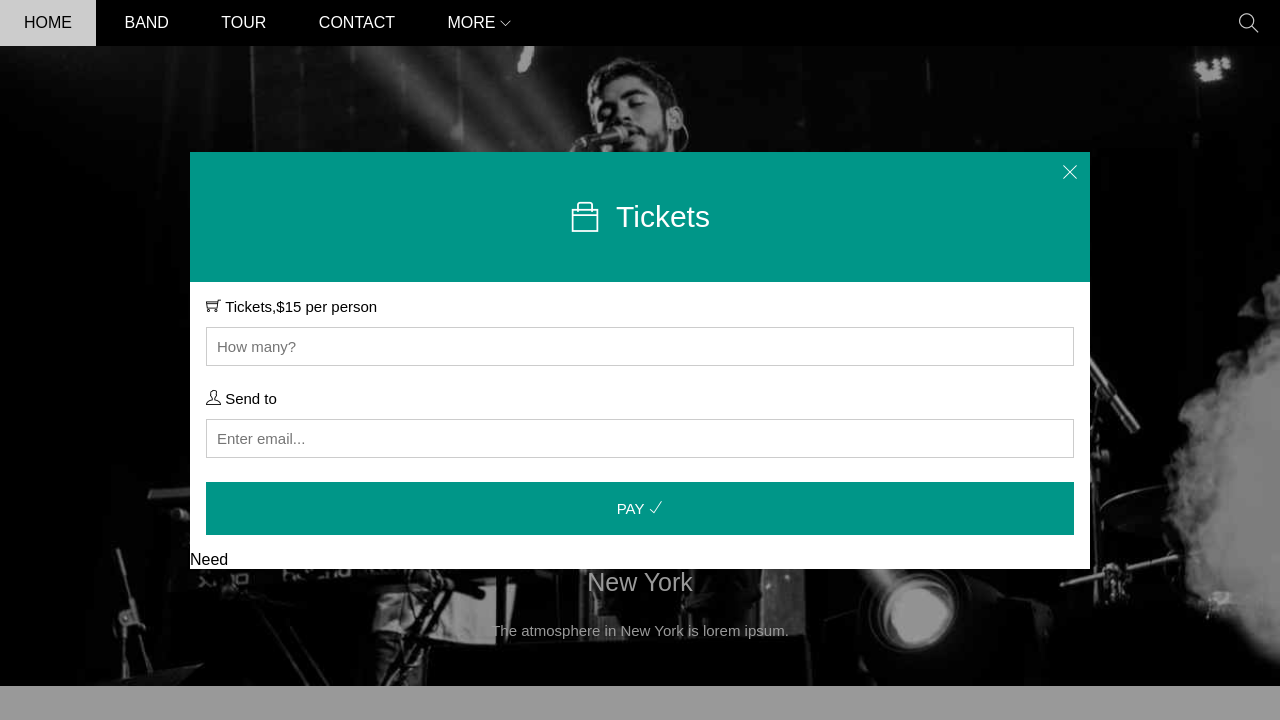
Repository: BrandonTuan777/The_Band
Page: index.html
The author's editor kept a copy of each file at every save. The page is drawn from the files as they stood at one save, then again after the next save.
The browser window is 1280 px wide. The pictures show the window.
The pointer rests on the first visible `#buy-tickets`.
A layer covers the whole window, so only the first screen is drawn.

Above is the page before, as saved 2022-04-17 21:50:24.

After the next save:
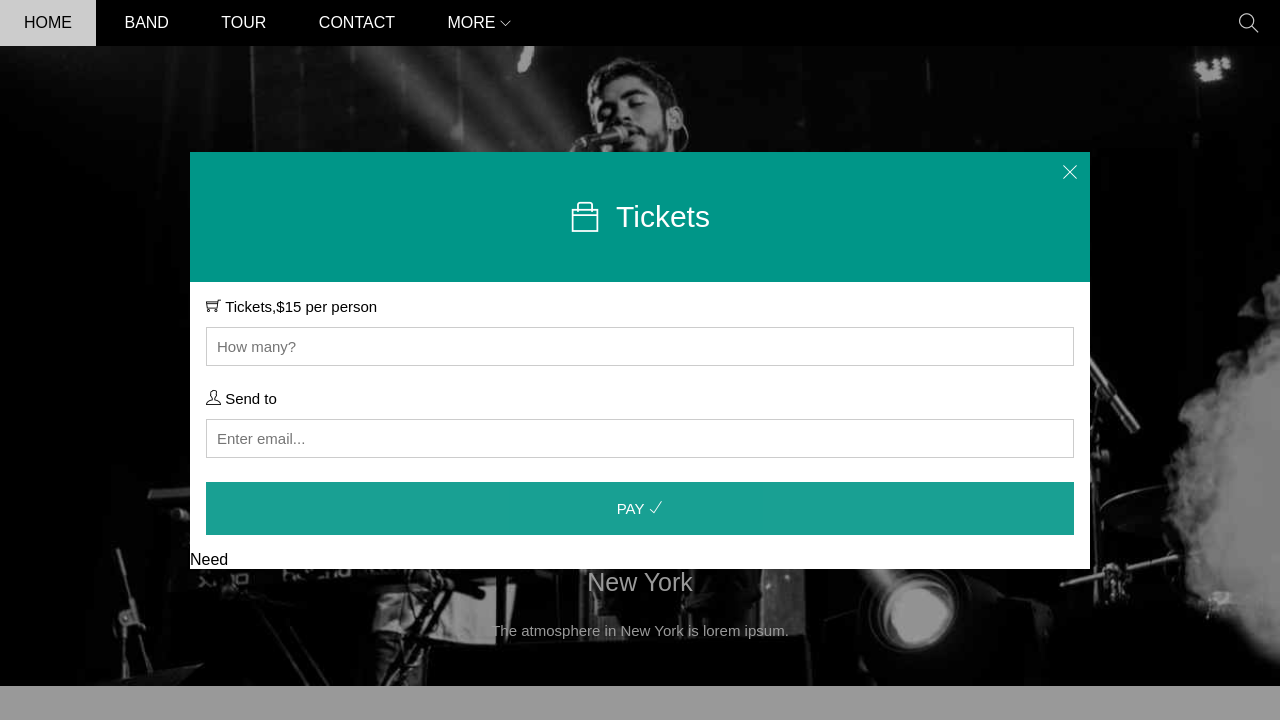
Saved 6 s later.
--- a/assets/css/styles.css
+++ b/assets/css/styles.css
@@ -468,5 +468,5 @@ header.modal-header {
 }
 
 #buy-tickets:hover{
-
-}
+  opacity: 0.9;
+}
